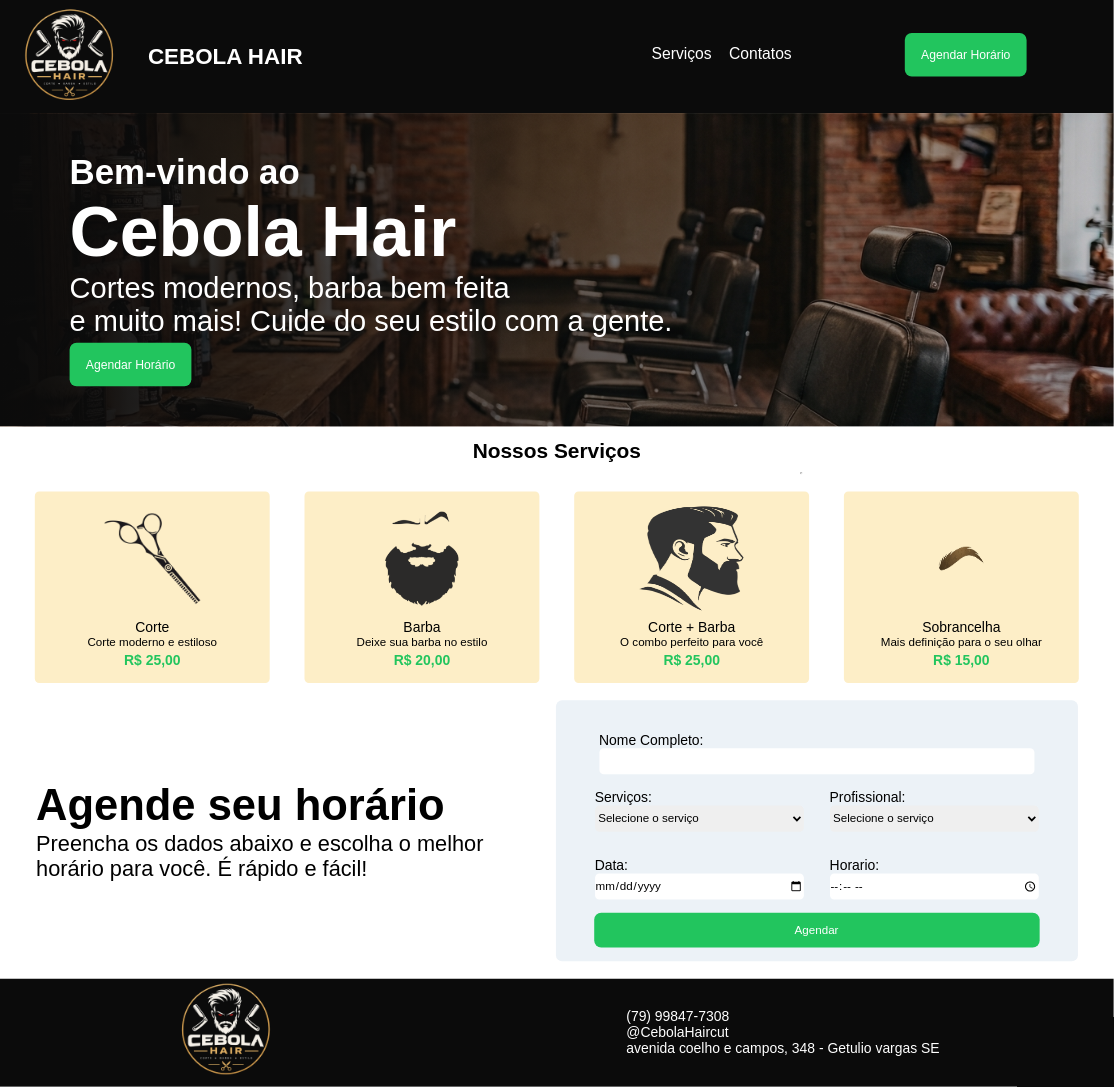
Repository: antonymsantana-design/final.activitie1
Page: index.html
The author's editor kept a copy of each file at every save. The page is drawn from the files as they stood at one save, then again after a run of saves.
The browser window is 1280 px wide. The pictures show the whole page, at 87% of full size.

Above is the page before, as saved 2026-09-15 20:12:35.

### index.html
<!doctype html>
<html lang="pt-br">
  <head>
    <meta charset="UTF-8" />
    <meta name="viewport" content="width=device-width, initial-scale=1.0" />
    <title>Cebola Hair</title>
    <link rel="stylesheet" href="style.css" />
    <script src="../final.activitie1/script.js" defer></script>
  </head>
  <header>
    <div class="conteudoH" id="conteudoH">
      <div class="imagem" id="imagem">
        <img
          src="image/logoC.png"
          alt="logo"
          class="logoIMG"
          id="logoIMG"
        />
        <h3 class="logoH">CEBOLA HAIR</h3>
      </div>
      <div class="direitaH">
        <div class="links" id="links">
          <a href="#" class="aLinks">Serviços</a>
          <a href="#" class="aLinks">Contatos</a>
        </div>
        <div class="btnDiv" id="btnDiv">
          <button class="btn" id="btn">
            <div class="btnTxt" id="btnTxt">
              <p>Agendar Horário</p>
            </div>
          </button>
        </div>
      </div>
    </div>
  </header>

  <body>
    <div class="conteudo">
      <div class="texto">
        <h4>Bem-vindo ao</h4>
        <h1>Cebola Hair</h1>
        <small
          >Cortes modernos, barba bem feita <br />
          e muito mais! Cuide do seu estilo com a gente.</small
        >
        <button class="btn" id="btn">
          <div class="btnTxt" id="btnTxt">
            <p>Agendar Horário</p>
          </div>
        </button>
      </div>
    </div>

    <h2 class="Our">Nossos Serviços</h2>
    <hr />

    <div class="cards">
      <div class="card">
        <img src="image/corte.webp" alt="tisora" class="icone" />
        <p>Corte</p>
        <small>Corte moderno e estiloso</small>
        <h4>R$ 25,00</h4>
      </div>
      <div class="card">
        <img src="image/barba(png).png" alt="tisora" class="icone" />
        <p>Barba</p>
        <small>Deixe sua barba no estilo</small>
        <h4>R$ 20,00</h4>
      </div>
      <div class="card">
        <img src="image/barba+corte(png).png" alt="tisora" class="icone" />
        <p>Corte + Barba</p>
        <small>O combo perfeito para você</small>
        <h4>R$ 25,00</h4>
      </div>
      <div class="card">
        <img
          src="image/Design sem nome.png"
          alt="tisora"
          class="icone"
        />
        <p>Sobrancelha</p>
        <small>Mais definição para o seu olhar</small>
        <h4>R$ 15,00</h4>
      </div>
    </div>

    <div class="agendar" id="agendar">
      <div class="esq">
        <h1>Agende seu horário</h1>
        <p>
          Preencha os dados abaixo e escolha o melhor <br />
          horário para você. É rápido e fácil!
        </p>
      </div>

      <div class="form">
        <div class="formCima">
            <div class="cimacima">
        <label for="nome">Nome Completo:</label><br/>
        <input type="text" name="nome" id="nome" class="forms"/>
        </div>
        </div><br/>

         <div class="quadrado">
        <div class="1">
          <label for="serv">Serviços:</label>
          <select name="serv" id="serv" class="formu">
            <option value="">Selecione o serviço</option>
            <option value="corte">Corte</option>
            <option value="barba">Barba</option>
            <option value="cort+barba">Corte + Barba</option>
            <option value="sobrancelha">Sobrancelha</option>
          </select>
          </div>

          <div class="2">
            <label for="prof">Profissional:</label>
            <select name="prof" id="prof" class="formu">
              <option value="">Selecione o serviço</option>
              <option value="cebola">Cebola</option>
            </select>
            </div>
            <div class="3">
              <label for="data">Data:</label> <br>
              <input type="date" name="data" id="data" class="formu"/>
            </div>
            <div class="4">
              <label for="hora">Horario:</label> <br>
              <input type="time" name="hora" id="hora" class="formu"/>
            </div>
          </div>
          <div class="btnAgendar">
           <button type="button" class="agendarbtn">Agendar</button>
            </div>
          </div>
      </div>
    </div>
  </body>
  <footer>
    <div class="direita">
      <img
        src="image/logoC.png"
        alt="logo"
        class="logoIMG"
        id="logoIMG"
      />
    </div>

    <div class="esquerda">
      <p>(79) 99847-7308</p>
      <p>@CebolaHaircut</p>
      <p>avenida coelho e campos, 348 - Getulio vargas SE</p>
    </div>
  </footer>
</html>

### style.css
* {
    padding: 0px;
    margin: 0px;
    font-family: Arial, Helvetica, sans-serif;
}

header {
    background-color: #0B0B0B;
    height: 130px;
}

small {
    padding-bottom: 5px;
}

.conteudoH {
    display: flex;
    justify-content: space-between;
    padding-right: 100px;
    align-items: center;
}

.imagem {
    margin-left: 20px;
    margin-top: 5px;
    display: flex;
    justify-content: center;
    align-items: center;
    gap: 30px;
    font-weight: 600;
    font-size: 22px;
}

.logoIMG {
    width: 120px;
    height: 120px;
    cursor: pointer;
}

.logoH {
    color: white;

}

.links {
    display: flex;
    gap: 20px;
    justify-content: center;
    padding-right: 130px;
    font-size: 18px;
}

.links a {
    text-decoration: none;
    color: white;
    transition: 0.5s ease;
}

.aLinks:hover {
    transform: translateY(-5px);
    box-shadow: 0 4px 10px rgba(0, 0, 0, 0.15);
    background-color: #F0C56A;
    color: #F5F5F5;
    border-radius: 5px;
    width: 120px;
    height: 30px;
    display: flex;
    justify-content: center;
    align-items: center;
}

.btnDiv {
    display: flex;
}

.btn {
    display: flex;
    justify-content: center;
    width: 140px;
    height: 50px;
    background-color: #22C55E;
    border: none;
    color: white;
    align-items: center;
    border-radius: 8px;
    transition: 0.3s ease;
    cursor: pointer;
    font-size: 14px;
}

.btn:hover {
    transform: translateY(-5px);
    box-shadow: 0 8px 15px rgba(0, 0, 0, 0.4);
}

.direitaH {
    display: flex;
    justify-content: center;
    align-items: center;
}

.conteudo {
    background-image: url(image/Gemini_Generated_Image_hbetqjhbetqjhbet.jpg);
    background-repeat: no-repeat;
    background-size: cover;
    background-position: center;
    height: 50vh;
    color: white;
}

.texto {
    padding-left: 80px;
    font-size: 40px;
    display: flex;
    flex-direction: column;
    justify-content: center;
    height: 50vh;
    background: linear-gradient(to right, #0B0B0B, #15151531);

}

.card {
    background-color: #FDEEC7;
    width: 270px;
    height: 220px;
    display: flex;
    flex-direction: column;
    justify-content: center;
    align-items: center;
    border-radius: 5px;
}

.cards {
    display: flex;
    justify-content: center;
    gap: 40px;
    padding-top: 20px;
    padding-bottom: 20px;
}

.card h4 {
    color: #22C55E;
}

.icone {
    width: 120px;
    height: 120px;
    padding-bottom: 10px;
}

.Our {
    padding-top: 15px;
    text-align: center;
    padding-bottom: 10px;
}

hr {
    color: #22C55E;
    text-align: center;
    margin-left: 920px;
    margin-right: 920px;
}

.agendar{
    display: flex;
    justify-content: space-around;
    align-items: center;
    padding-bottom: 20px;
}

.form{
    background-color: #ECF2F7;
    width: 600px;
    height: 300px;
    border-radius: 7px;
    display: flex;
    justify-content: center;
    flex-direction: column;
}

.formCima{
    padding-top: 20px;
    display: flex;
    justify-content: center;
    align-items: center;
    flex-direction: column;
}

.quadrado{
    display: grid;
    justify-content: center;
    grid-template-columns: repeat(2, 200px);
    gap: 30px;
    column-gap: 70px;
    margin-right: 40px;
}

.esq {
    font-size: 25px;
}

footer{
    display: flex;
    justify-content: space-around;
    align-items: center;
    background-color: #0B0B0B;
    color: white;
}

.formu{
    width: 240px;
    height: 30px;
    border-radius: 5px;
    border: none;
}

.forms{
    width: 500px;
    height: 30px;
    border-radius: 5px;
    border: none;
}

.agendarbtn{
    display: flex;
    justify-content: center;
    align-items: center;
    width: 512px;
    height: 40px;
    background-color: #22C55E;
    border: none;
    color: white;
    border-radius: 8px;
    transition: 0.3s ease;
    cursor: pointer;
    margin-top: 15px;
}

.agendarbtn:hover {
    transform: translateY(-5px);
}

.btnAgendar{
    display: flex;
    justify-content: center;
    align-items: center;
}

Loaded but not shown: script.js (no copy from this time; the picture is the same without it)

After the next 2 saves:
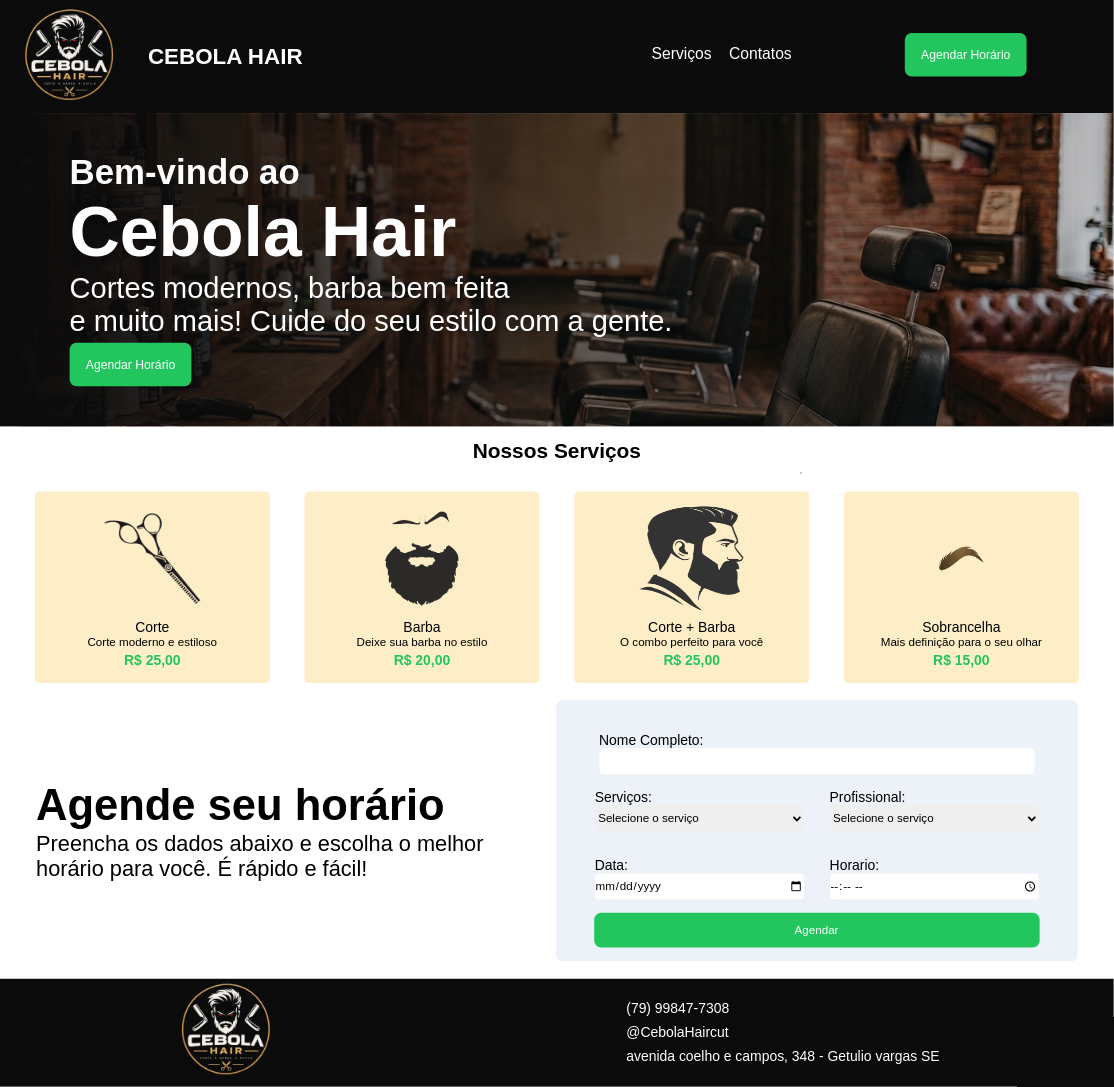
The 2 saves are shown as one change because they came seconds apart.
The last was saved 32 s later.
--- a/style.css
+++ b/style.css
@@ -206,6 +206,11 @@ footer{
     background-color: #0B0B0B;
     color: white;
 }
+.esquerda{
+    display: flex;
+    flex-direction: column;
+    gap: 10px;
+}
 
 .formu{
     width: 240px;
